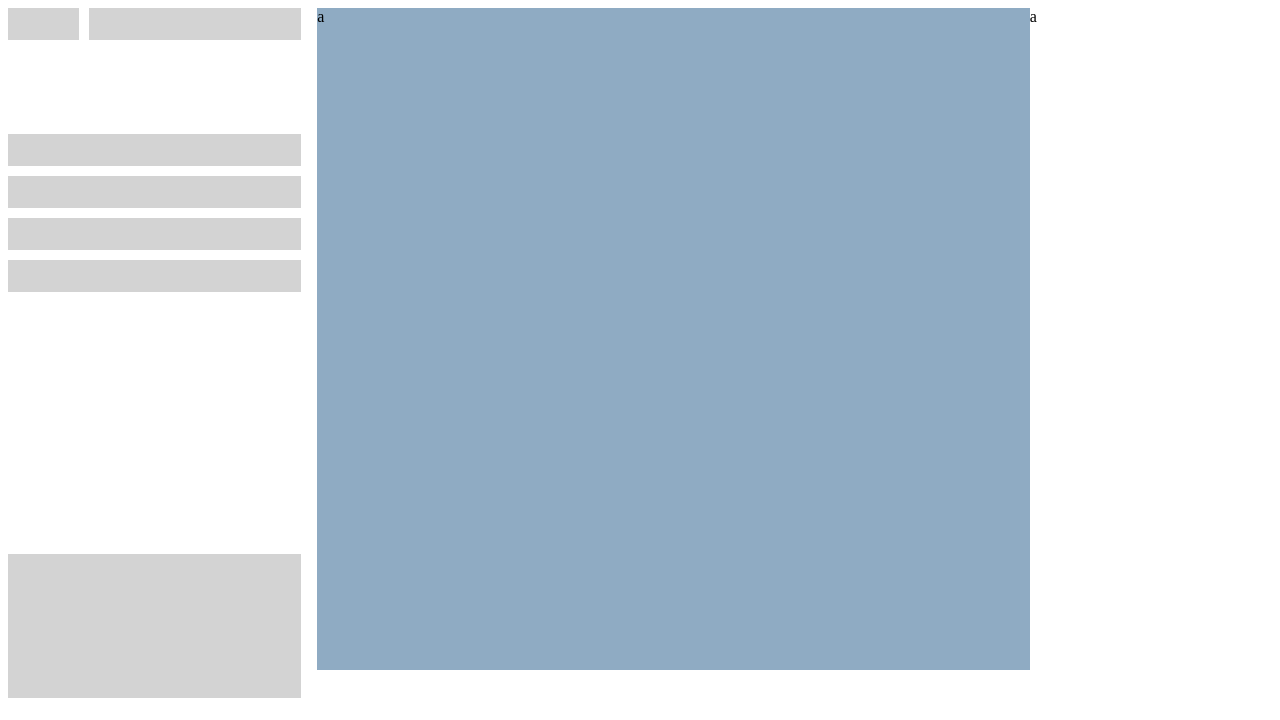
Repository: tr2cky/exercise2
Page: index.html
The author's editor kept a copy of each file at every save. The page is drawn from the files as they stood at one save, then again after the next save.
The browser window is 1280 px wide. The pictures show the whole page.

Above is the page before, as saved 2022-10-01 11:49:25.

After the next save:
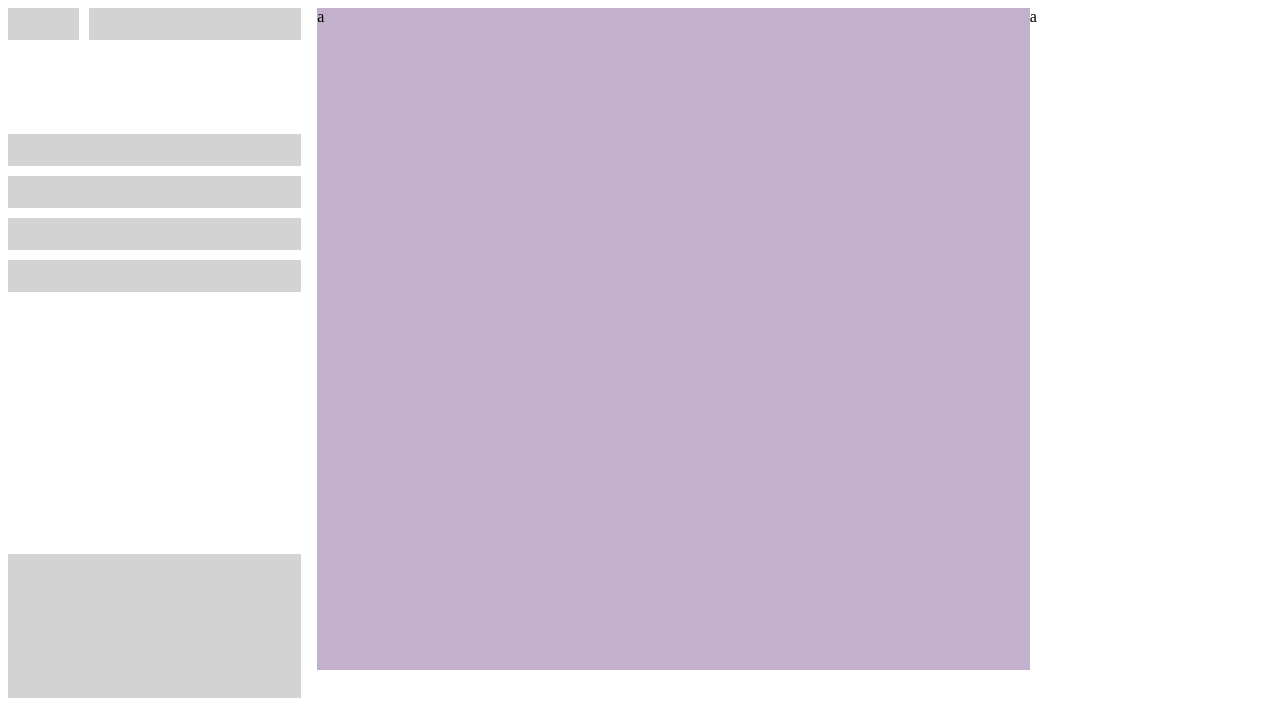
Saved 23 s later.
--- a/style.css
+++ b/style.css
@@ -5,7 +5,7 @@
 }
 main {
     flex-grow: 3;
-    background-color: rgb(143, 171, 195);
+    background-color: rgb(195, 176, 205);
 }
 .side1 {
     flex-grow: 1;
